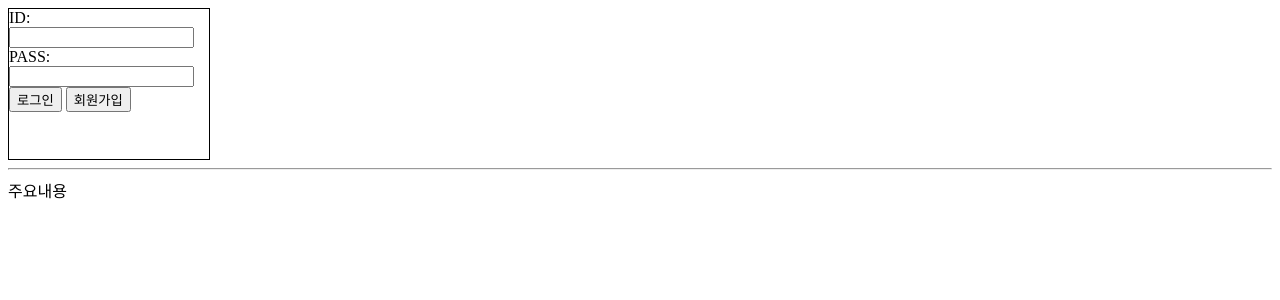
Repository: cartoon1110/KosaSwCourse
Page: workspace-web/HtmlProgramming/WebContent/ajax/ajax06.html
These files come from the project's save history. The page is drawn as it stood at one moment and after the next save; the edit follows.
The browser window is 1280 px wide. The pictures show the whole page.

Above is the page before, as saved 2015-08-31 01:09:12.

### workspace-web/HtmlProgramming/WebContent/ajax/ajax06.html
<!DOCTYPE html>
<html>
	<head>
		<meta charset="UTF-8">
		<title>Insert title here</title>
		<style type="text/css">
			#out {
				display: none;
			}
		</style>
		<script type="text/javascript" src="jquery-1.11.3.min.js"></script>
		<script type="text/javascript">
			$(function(){
				$("#login").click(function(){
					var mid=$("#mid").val();
					var mpass=$("#mpass").val();
					$.ajax({
						url: "ajax05.jsp",
						method : "POST",
						data: {"mid":mid, "mpass":mpass},
						success:function(data){
							var result = data.trim();
							console.log(result);
							if(result == "success"){
								$("#in").hide();
								$("#out").show();
								$("#loginMid").html(mid);
								$("#mid").val("");
								$("#mpass").val("");
							}else if(result =="fail_mid"){
								alert("아이디가 존재x");
							}else if(result =="fail_mpass"){
								alert("비번 틀림");
							}
						}
				});
			});
				$("#logout").click(function(){
					$("#in").show();
					$("#out").hide();
					$("#loginMid").html("xxx");
				});
			});
		</script>
	</head>

	<body>
		<div id="log" style="width:200px; height:150px; border: 1px solid black">
				<div id="in">
					ID: <input id="mid" type="text" name="mid"/><br/>
					PASS: <input id="mpass" type="password" name="mpass"/><br/>
					<input id="login" type="button" value="로그인"/>
					<input  id="join" type="button" value="회원가입"/>
				</div>
				<div id="out" style="height: 100%">
					<table style="width:100%; height: 100%">
						<tr>
							<td style="text-align: center; vertical-align:middle;">
								<span id="loginMid">xxx</span>님, 로그인 함 <br/>
								<input id="logout" type="button" value="로그아웃">
							</td>
						</tr>
					</table>
				</div>
		</div>
		<hr/>
		주요내용


	</body>
</html>

Loaded but not shown: workspace-web/HtmlProgramming/WebContent/ajax/jquery-1.11.3.min.js (library)

After the next save:
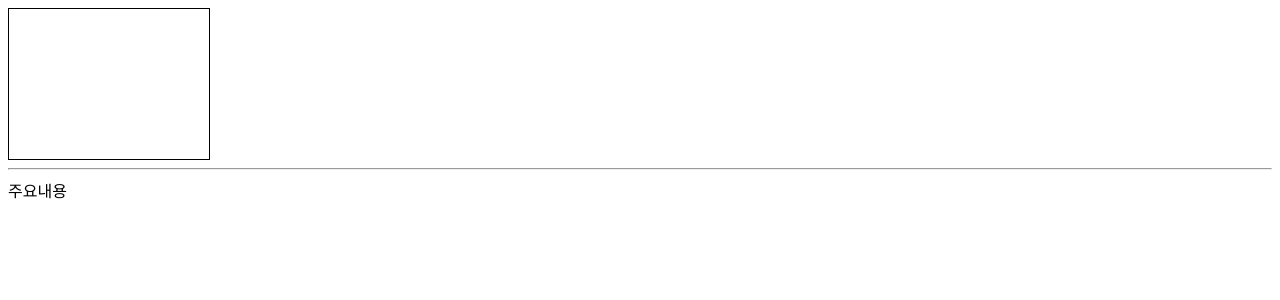
Console error: SyntaxError: Invalid destructuring assignment target
Saved 18 min 10 s later.
--- a/workspace-web/HtmlProgramming/WebContent/ajax/ajax06.html
+++ b/workspace-web/HtmlProgramming/WebContent/ajax/ajax06.html
@@ -10,58 +10,20 @@
 		</style>
 		<script type="text/javascript" src="jquery-1.11.3.min.js"></script>
 		<script type="text/javascript">
+			var imgNo=1;
 			$(function(){
-				$("#login").click(function(){
-					var mid=$("#mid").val();
-					var mpass=$("#mpass").val();
-					$.ajax({
-						url: "ajax05.jsp",
-						method : "POST",
-						data: {"mid":mid, "mpass":mpass},
-						success:function(data){
-							var result = data.trim();
-							console.log(result);
-							if(result == "success"){
-								$("#in").hide();
-								$("#out").show();
-								$("#loginMid").html(mid);
-								$("#mid").val("");
-								$("#mpass").val("");
-							}else if(result =="fail_mid"){
-								alert("아이디가 존재x");
-							}else if(result =="fail_mpass"){
-								alert("비번 틀림");
-							}
-						}
-				});
-			});
-				$("#logout").click(function(){
-					$("#in").show();
-					$("#out").hide();
-					$("#loginMid").html("xxx");
-				});
+				setInterval(function({
+					$("#ad").html("<img src=../common/images/miniroombg'" +imgNo + "'.gif/");
+					imgNo++;
+					if(imgNo==11){imgNo=1}
+				},3000);
 			});
 		</script>
 	</head>
 
 	<body>
-		<div id="log" style="width:200px; height:150px; border: 1px solid black">
-				<div id="in">
-					ID: <input id="mid" type="text" name="mid"/><br/>
-					PASS: <input id="mpass" type="password" name="mpass"/><br/>
-					<input id="login" type="button" value="로그인"/>
-					<input  id="join" type="button" value="회원가입"/>
-				</div>
-				<div id="out" style="height: 100%">
-					<table style="width:100%; height: 100%">
-						<tr>
-							<td style="text-align: center; vertical-align:middle;">
-								<span id="loginMid">xxx</span>님, 로그인 함 <br/>
-								<input id="logout" type="button" value="로그아웃">
-							</td>
-						</tr>
-					</table>
-				</div>
+		<div id="ad" style="width:200px; height:150px; border: 1px solid black">
+
 		</div>
 		<hr/>
 		주요내용
